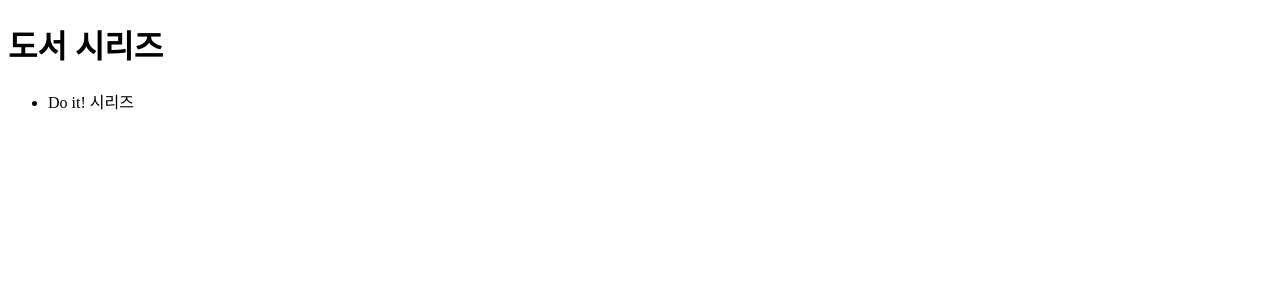
Repository: topyoungil/CodeMemories-ByJake
Page: HTML_CSS/WebContent/test/etc/list-1.html
The author's editor kept a copy of each file at every save. The page is drawn from the files as they stood at one save, then again after the next save.
The browser window is 1280 px wide. The pictures show the whole page.

Above is the page before, as saved 2022-09-27 13:11:02.

### HTML_CSS/WebContent/test/etc/list-1.html
<!DOCTYPE html>
<html>
<head>
<meta charset="UTF-8">
<title>Insert title here</title>
</head>
<body>
<h1>도서 시리즈</h1>
	<ul class="book1">
		<li>Do it! 시리즈</li>

	</ul>

</body>
</html>

After the next save:
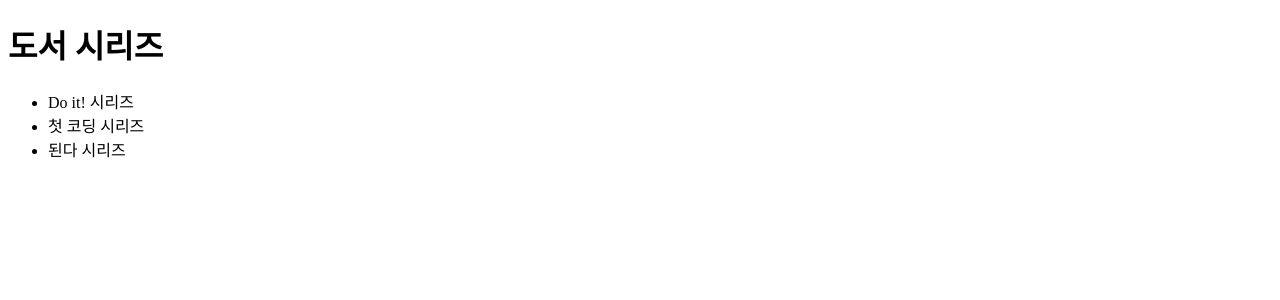
Saved 16 s later.
--- a/HTML_CSS/WebContent/test/etc/list-1.html
+++ b/HTML_CSS/WebContent/test/etc/list-1.html
@@ -8,7 +8,8 @@
 <h1>도서 시리즈</h1>
 	<ul class="book1">
 		<li>Do it! 시리즈</li>
-
+		<li>첫 코딩 시리즈</li>
+		<li>된다 시리즈</li>
 	</ul>
 
 </body>
